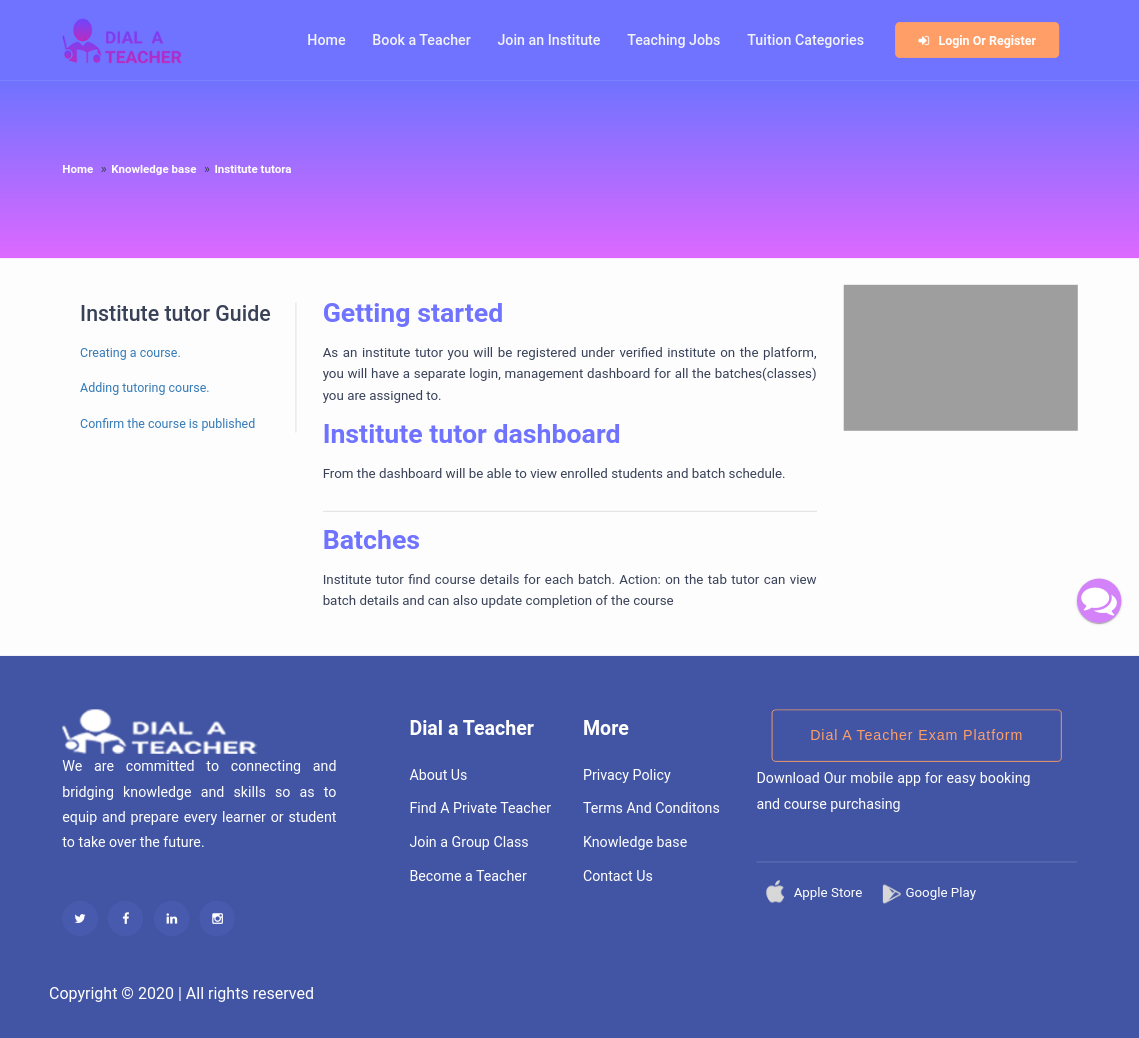
Repository: Samkiroko/DAT_knowledge
Page: knowledge_base/Institute_tutor.html
The author's editor kept a copy of each file at every save. The page is drawn from the files as they stood at one save, then again after the next save.
The browser window is 1280 px wide. The pictures show the whole page, at 89% of full size.
Pictures or frames that could not be fetched are drawn as grey boxes.

Above is the page before, as saved 2020-12-18 14:47:37.
Console error: TypeError: e.indexOf is not a function

### knowledge_base/Institute_tutor.html
<!DOCTYPE html>
<html lang="en" dir="ltr">


  <!-- Mirrored from dialateacher.co.ke/faqs by HTTrack Website Copier/3.x [XR&CO'2014], Sat, 12 Dec 2020 12:13:42 GMT -->
  <!-- Added by HTTrack -->
  <meta http-equiv="content-type" content="text/html;charset=UTF-8" /><!-- /Added by HTTrack -->

  <head>
    <title>
      Dial a Teacher</title>
    <meta charset="utf-8">
    <meta http-equiv="X-UA-Compatible" content="IE=edge">
    <meta name="viewport" content="width=device-width, initial-scale=1">

    <meta name="description" content="Test Meta Description Value">

    <meta name="keywords" content="Test Meta Keyword Value ">
    <meta name="author" content="">
    <link rel="shortcut icon" href="/assets/uploads/settings/thumbs/setting_152.png" />



    <!-- HTML5 Shim and Respond.js IE8 support of HTML5 elements and media queries -->
    <!-- WARNING: Respond.js doesn't work if you view the page via file:// -->
    <!--[if lt IE 9]>
           <script src="https://oss.maxcdn.com/libs/html5shiv/3.7.0/html5shiv.js"></script>
           <script src="https://oss.maxcdn.com/libs/respond.js/1.4.2/respond.min.js"></script>
       <![endif]-->

    <link rel="shortcut icon" href="/assets/uploads/settings/thumbs/setting_152.png" />

    <link rel="stylesheet" type="text/css" href="/assets/front/css/main.css">



  </head>

  <body>
    <!-- Preloader -->
    <!-- <div id="preloader">
        <div id="status">&nbsp;</div>
    </div> -->
    <!-- Ends Preloader -->
    <!-- Nagigation -->
    <nav class="navbar navbar-default yamm">
      <div class="container">
        <!-- Brand and toggle get grouped for better mobile display -->
        <div class="navbar-header">
          <button type="button" class="navbar-toggle" data-toggle="collapse" data-target="#mega-nav-menu">
            <span class="sr-only">Toggle navigation</span>
            <span class="icon-bar"></span>
            <span class="icon-bar"></span>
            <span class="icon-bar"></span>
          </button>

          <a href="index.html"><img src="/assets/uploads/settings/setting_35.png" class="logo " alt="logo"></a>
        </div>

        <!-- Collect the nav links, mega-menu, vertical-menu and other content for toggling -->
        <div class="collapse navbar-collapse" id="mega-nav-menu">
          <ul class="nav navbar-nav navbar-right">
            <li><a class="" href="index.html"> Home </a></li>

            <li><a class="" href="search-tutor.html"> Book a Teacher </a></li>

            <li><a class="" href="search-institute.html"> Join an Institute </a></li>

            <li><a class="" href="search-student-leads.html" title="Find Student Leads"> Teaching Jobs </a>
            </li>



            <li><a class="" href="courses.html"> Tuition Categories</a></li>


            <li>
              <a href="auth/login.html"> <span class="nav-btn"> <i class="fa  fa-sign-in"></i> &nbsp;
                  Login <span class="hidden-navbtn">Or Register</span></span>
              </a>
            </li>

          </ul>
        </div>
        <!-- /.navbar-collapse -->
      </div>
    </nav>
    <!-- Ends Navigation -->
    <!-- breadcrumb Start-->
    <!-- slider Area Start-->
    <section class="slider-area slider-area2">
      <div class="slider-active">
        <!-- Single Slider -->
        <div class="single-slider slider-height2">
          <div class="container">
            <div class="row">
              <div class="col-xl-8 col-lg-11 col-md-12">
                <div class="hero__caption hero__caption2">
                  <!-- breadcrumb Start-->
                  <nav aria-label="breadcrumb">
                    <ol class="breadcrumb">
                      <li class="breadcrumb-item text-white">
                        <a href="/index.html" class="text-white">
                          Home
                        </a>
                      </li>
                      <li class="breadcrumb-item"><a href="/faqs.html" class="text-white">Knowledge base</a></li>
                      <li class="breadcrumb-item"><a href="/knowledge_base/Institute_tutor.html"
                          class="text-white">Institute tutora</a>
                      </li>
                    </ol>
                  </nav>
                  <!-- breadcrumb End -->
                </div>
              </div>
            </div>
          </div>
        </div>
      </div>
    </section>
    <!-- breadcrumb End -->
    <!--===============================
   !--=====================================
=            article-section            =
======================================-->
    <div class="mwb-article-section section mt-5" id="article-section">
      <div class="container">
        <div class="mwb-article-section__wrapper">
          <div class="row">
            <div class="col-lg-3 col-md-3 col-sm-3 col-xs-12 position-sticky">
              <div class="mwb-admin-wrap__category-list">
                <h3>Institute tutor Guide</h3>
                <ul class="mwb-admin-wrap__list-items">
                  <li class="mwb-admin-wrap__items">
                    <a href="#sec1">Creating a course.</a>
                  </li>
                  <li class="mwb-admin-wrap__items">
                    <a href="#sec2">Adding tutoring course.</a>
                  </li>
                  <li class="mwb-admin-wrap__items">
                    <a href="#sec3">Confirm the course is published</a>
                  </li>
                </ul>
              </div>
            </div>
            <div class="col-lg-6 col-md-6 col-sm-6 col-xs-12">

              <div class="mwb-article-section__content-wrap" id="sec1">
                <h2>Getting started </h2>
                <p>As an institute tutor you will be registered under verified institute on the
                  platform, you will have
                  a separate login, management dashboard for all the batches(classes) you are assigned to.</i></b>
                <div class="mwb-article-section__content-wrap" id="sec2">
                  <h2>Institute tutor dashboard</h2>
                  <p>From the dashboard will be able to view enrolled students and batch schedule.</p>
                </div>
                <div class="mwb-article-section__content-wrap" id="sec3">
                  <h2>Batches</h2>
                  <p>
                    Institute tutor find course details for each batch.
                    Action: on the tab tutor can view batch details and can also update completion of the course

                  </p>
                </div>
              </div>
            </div>
            <div class="col-lg-3 col-md-3 col-sm-3 col-xs-12" id="myScrollspy">
              <div class="dist-menu-tab-fix">
                <div class="holder">
                  <div style="position: relative; padding-bottom: 62.5%; height: 0;"><iframe
                      src="https://www.loom.com/embed/127dbdd8785840569e74e864511ae5f3" frameborder="0"
                      webkitallowfullscreen mozallowfullscreen allowfullscreen
                      style="position: absolute; top: 0; left: 0; width: 100%; height: 100%;"></iframe></div>
                </div>

                <div class="modal fade" id="videoModal" tabindex="-1" role="dialog" aria-labelledby="videoModal"
                  aria-hidden="true">
                  <div class="modal-dialog modal-lg" role="document">
                    <div class="modal-content">
                      <button type="button" class="close btn-round btn-primary" data-dismiss="modal" aria-label="Close">
                        <span aria-hidden="true">&times;</span>
                      </button>
                      <div class="embed-responsive embed-responsive-16by9">
                        <iframe class="embed-responsive-item" src="" allowfullscreen></iframe>
                      </div>
                    </div>
                  </div>
                </div>
              </div>
            </div>
          </div>
        </div>
      </div>
    </div>
    <!--====  End of article-section  ====-->
    <!-- Footer -->
    <footer>
      <div class="footer-wrappper footer-bg">
        <!-- Footer Start-->
        <div class="footer-area footer-padding">
          <div class="container">
            <div class="row justify-content-between">
              <div class="col-xl-3 col-lg-4 col-md-3 col-sm-5">
                <div class="single-footer-caption mb-50">
                  <div class="single-footer-caption mb-30">
                    <!-- logo -->
                    <div class="footer-logo mb-25">
                      <a href="index.html"><img src="assets/front/images/logo/logo2_footer.png" alt=""></a>
                    </div>
                    <div class="footer-tittle">
                      <div class="footer-pera">
                        <p>We are committed to connecting and bridging knowledge and
                          skills so as to equip and prepare every learner or student to
                          take
                          over the future.</p>
                      </div>
                    </div>
                    <!-- social -->
                    <div class="footer-social">
                      <a href="#"><i class="fa fa-twitter"></i></a>
                      <a href="#"><i class="fa fa-facebook-f"></i></a>
                      <a href="#"><i class="fa fa-linkedin"></i></a>
                      <a href="#"><i class="fa fa-instagram"></i></a>
                    </div>
                  </div>
                </div>
              </div>
              <div class="col-xl-1 col-lg-2 col-md-2 col-sm-3">
                <div class="single-footer-caption mb-50">
                  <div class="footer-tittle">
                    <h4>Dial a Teacher</h4>
                    <ul>
                      <li><a href="about-us.html">About Us</a></li>
                      <li><a href="search-tutor.html">Find A Private Teacher</a></li>
                      <li><a href="search-institute.html">Join a Group Class</a></li>
                      <li><a href="auth/login.html">Become a Teacher</a></li>
                    </ul>
                  </div>
                </div>
              </div>
              <div class="col-xl-1 col-lg-2 col-md-3 col-sm-3">
                <div class="single-footer-caption mb-50">
                  <div class="footer-tittle">
                    <h4>More</h4>
                    <ul>
                      <li><a href="home/terms-and-conditions.html">Privacy Policy</a></li>
                      <li><a href="home/terms-and-conditions.html">Terms And Conditons</a>
                      </li>
                      <li><a href="faqs.html">Knowledge base</a></li>
                      <li><a href="contact-us.html">Contact Us</a></li>
                    </ul>
                  </div>
                </div>
              </div>
              <div class="col-xl-2 col-lg-4 col-md-4 col-sm-6">
                <div class="single-footer-caption mb-50">
                  <div class="single-footer-caption mb-30">
                    <div class="row justify-content-start">
                      <div class="col-xl-12">
                        <div class="section-tittle text-center mt-20">
                          <a href="https://exam.dialateacher.co.ke/" class="border-btn">Dial A
                            Teacher Exam platform</a>
                        </div>
                      </div>
                    </div>
                    <div class="footer-tittle">
                      <div class="footer-pera text-center">
                        <p>Download Our mobile app for easy booking and course purchasing
                        </p>
                      </div>
                    </div>
                    <!-- social -->
                    <div class="footer-appdownload">
                      <hr class="footer-hr hidden-xs">
                      <a href="https://itunes.apple.com/in/genre/ios/id36?mt=8" target="_blank"><img
                          src="assets/front/images/icn-istore.png" alt="IOS app link"> Apple Store</a>

                      <a href="https://play.google.com/store?hl=en" target="_blank"><img
                          src="assets/front/images/icn-playstore.png" alt="Android app link">Google Play</a>
                    </div>
                  </div>
                </div>
              </div>
            </div>
          </div>
        </div>
        <!-- footer-bottom area -->
        <div class="footer-bottom-area">
          <div class="container">
            <div class="footer-border">
              <div class="row d-flex align-items-center">
                <div class="col-xl-12 ">
                  <div class="footer-copy-right text-center">
                    <p>
                      Copyright &copy;
                      <script>document.write(new Date().getFullYear());</script> | All rights
                      reserved
                    </p>
                  </div>
                </div>
              </div>
            </div>
          </div>
        </div>
        <!-- Footer End-->
      </div>
    </footer>
    <!-- Ends Footer -->


    <!-- Scroll Up -->
    <div class="form-box " id="myDIV">
      <h2 class="login-header"><i class="far fa-comment-dots icon"></i>Support Center</h2>
      <div class="test">
        <form class="formInput">
          <div>
            <input type="text" required id="test">
            <label class="inputLabel">Name</label>
          </div>

          <div>
            <input type="text" id="numberText" required>
            <label class="inputLabel">Mobile No.</label>
          </div>
          <div>
            <input type="text" required>
            <label class="inputLabel">Message</label>
          </div>
          <div>
            <input type="file" id="inputFile" required><label id="labelFile" for="inputFile">
              <i class="far fa-file-image" id="iconPhoto"></i>Choose a Photo</label>
          </div>

          <p id="legal">Will get back to you within 24hr. Have a good one. </p>
          <input type="submit" value="Send" id="submitButt" class="active">
        </form>
      </div>
      <div class="footer"></div>
    </div>
    <button class="floating-btn" onclick="myFunction()">
      <i class="fa fa-comments"></i>
    </button>
    <script src="https://ajax.googleapis.com/ajax/libs/jquery/3.4.1/jquery.min.js"></script>
    <script>
      $('#submitButt').click(function () {
        $(this).toggleClass('active');
      });
      $(function () {
        $("#test").focus();
      });
      document.querySelector('.floating-btn').addEventListener('click', function (e) {
        e.target.closest('button').classList.toggle('clicked');
      });

      function myFunction() {
        var x = document.getElementById("myDIV");
        console.log(x);
        console.log(x.classList.contains('open'));
        if (x.classList.contains('open')) {
          x.classList.remove("open");
        } else {
          x.classList.add("open");
          document.getElementById("test").focus();

        }
      }
    </script>
    <!-- Scroll Up end -->




    <!-- Script files -->
    <script src="assets/front/js/jquery.js"></script>

    <link rel="stylesheet" href="assets/front/css/jquery-ui.css">
    <script src="assets/front/js/jquery-ui.js"></script>
    <script>
      $(function () {
        $(".custom_accordion").accordion({
          heightStyle: "content"
        });
      });
    </script>




    <!--Bootstrap Page-->
    <script src="assets/front/js/bootstrap.min.js"></script>
    <!--Profile Page-->
    <script src="/assets/front/js/marquee.js"></script>
    <script src="/assets/front/js/videod.js"></script>
    <script type="text/javascript" src="assets/front/js/flatpickr.min.js"></script>

    <script type="text/javascript" src="assets/front/js/select2.min.js"></script>
    <script type="text/javascript" src="assets/front/js/owl.carousel.min.js"></script>
    <script type="text/javascript" src="assets/front/js/jRate.min.js"></script>
    <script type="text/javascript" src="assets/front/js/jquery.magnific-popup.js"></script>
    <script type="text/javascript" src="assets/front/js/jquery.smartmenus.js"></script>
    <script type="text/javascript" src="assets/front/js/jquery.smartmenus.bootstrap.js"></script>
    <script type="text/javascript" src="assets/front/js/flexgrid.js"></script>
    <script type="text/javascript" src="assets/front/js/countUp.js"></script>
    <script type="text/javascript" src="assets/front/js/jquery.dataTables.min.js"></script>
    <!-- Custom Script -->
    <script type="text/javascript" src="assets/front/js/main.js"></script>

    <!--Gallery-->
    <script type="text/javascript" src="assets/front/js/fileinput.min.js"></script>


    <!--COntact us page-->
    <!--script type="text/javascript" src="https://maps.googleapis.com/maps/api/js?key=AIzaSyC-h5q6y2eBfFV5X7QV6Z5mrFFU2s97XJs&sensor=false"></script>
<script>
$(document).ready(function () {
    "use strict";

    function e() {
        var e = {
                center: a,
                zoom: 10,
                /*scrollwheel:!0*/
                scrollwheel: false,
                mapTypeId: google.maps.MapTypeId.ROADMAP,
                styles: [{
                    featureType: "landscape",
                    stylers: [{
                        hue: "#FFBB00"
                }, {
                        saturation: 43.400000000000006
                }, {
                        lightness: 37.599999999999994
                }, {
                        gamma: 1
                }]
            }, {
                    featureType: "road.highway",
                    stylers: [{
                        hue: "#FFC200"
                }, {
                        saturation: -61.8
                }, {
                        lightness: 45.599999999999994
                }, {
                        gamma: 1
                }]
            }, {
                    featureType: "road.arterial",
                    stylers: [{
                        hue: "#FF0300"
                }, {
                        saturation: -100
                }, {
                        lightness: 51.19999999999999
                }, {
                        gamma: 1
                }]
            }, {
                    featureType: "road.local",
                    stylers: [{
                        hue: "#FF0300"
                }, {
                        saturation: -100
                }, {
                        lightness: 52
                }, {
                        gamma: 1
                }]
            }, {
                    featureType: "water",
                    stylers: [{
                        hue: "#0078FF"
                }, {
                        saturation: -13.200000000000003
                }, {
                        lightness: 2.4000000000000057
                }, {
                        gamma: 1
                }]
            }, {
                    featureType: "poi",
                    stylers: [{
                        hue: "#00FF6A"
                }, {
                        saturation: -1.0989010989011234
                }, {
                        lightness: 11.200000000000017
                }, {
                        gamma: 1
                }]
            }]

            },
            t = new google.maps.Map(document.getElementById("tutors_map"), e),
            s = {
                url: "assets/front/images/logo_google_map.png"
            },
            o = new google.maps.Marker({
                position: a,
                map: t,
                icon: s,
                animation: google.maps.Animation.BOUNCE
            });
        o.setMap(t);
        var n = new google.maps.InfoWindow({
            content: "<strong>Westland, peponi Rd <br> Westlands, Nairobi 00606</strong>"
        });
        google.maps.event.addListener(o, "click", function () {
            n.open(t, o)
        })
    }
    var a;
    a = new google.maps.LatLng("17.4459764", "78.38607860000002"), google.maps.event.addDomListener(window, "load", e), a = new google.maps.LatLng("17.4459764", "78.38607860000002")
});
</script-->


    <script>
      $(function () {
        $(".stu-certificate").attr("target", "_blank");
      });
    </script>


  </body>


  <!-- Mirrored from dialateacher.co.ke/faqs by HTTrack Website Copier/3.x [XR&CO'2014], Sat, 12 Dec 2020 12:13:42 GMT -->

</html>

### assets/front/css/main.css
@import url('font-awesome.min.css');
@import url('bootstrap.min.css');
@import url('select2.min.css');
@import url('owl.carousel.min.css');
@import url('owl.theme.default.min.css');
@import url('magnific-popup.css');
@import url('jquery.smartmenus.bootstrap.css');
@import url('jquery.dataTables.min.css');
@import url('flatpickr.min.css');
@import url('sateesh-style.css');
@import url('video-js.css');
@import url('colorbox.css');
@import url('sateesh-bootstrap.min.css');
@import url('sateesh-new-style.css');
@import url('document.css');

Loaded but not shown: assets/front/css/font-awesome.min.css (library); assets/front/css/bootstrap.min.css (library); assets/front/css/select2.min.css (library); assets/front/css/owl.carousel.min.css (library); assets/front/css/owl.theme.default.min.css (common file); assets/front/css/magnific-popup.css (library); assets/front/css/jquery.smartmenus.bootstrap.css (library); assets/front/css/jquery.dataTables.min.css (library); assets/front/css/flatpickr.min.css (library); assets/front/css/sateesh-bootstrap.min.css (library); assets/front/css/jquery-ui.css (library); assets/front/js/jquery-ui.js (library); assets/front/js/bootstrap.min.js (library); assets/front/js/marquee.js (library); assets/front/js/flatpickr.min.js (library); assets/front/js/select2.min.js (library); assets/front/js/owl.carousel.min.js (library); assets/front/js/jRate.min.js (library); assets/front/js/jquery.magnific-popup.js (library); assets/front/js/jquery.smartmenus.js (library); assets/front/js/jquery.smartmenus.bootstrap.js (library); assets/front/js/flexgrid.js (library); assets/front/js/jquery.dataTables.min.js (library); assets/front/js/fileinput.min.js (library); assets/front/js/main.js (358 lines, source omitted); assets/front/js/countUp.js (196 lines, source omitted); assets/front/js/videod.js (17 lines, source omitted); assets/front/css/sateesh-new-style.css (7945 lines, source omitted); assets/front/css/sateesh-style.css (7940 lines, source omitted); assets/front/css/video-js.css (1400 lines, source omitted); assets/front/css/document.css (1314 lines, source omitted); assets/front/css/colorbox.css (75 lines, source omitted); assets/front/images/footer-bg.html (54 lines, source omitted); assets/front/js/jquery.js (no copy from this time; the picture is the same without it)

After the next save:
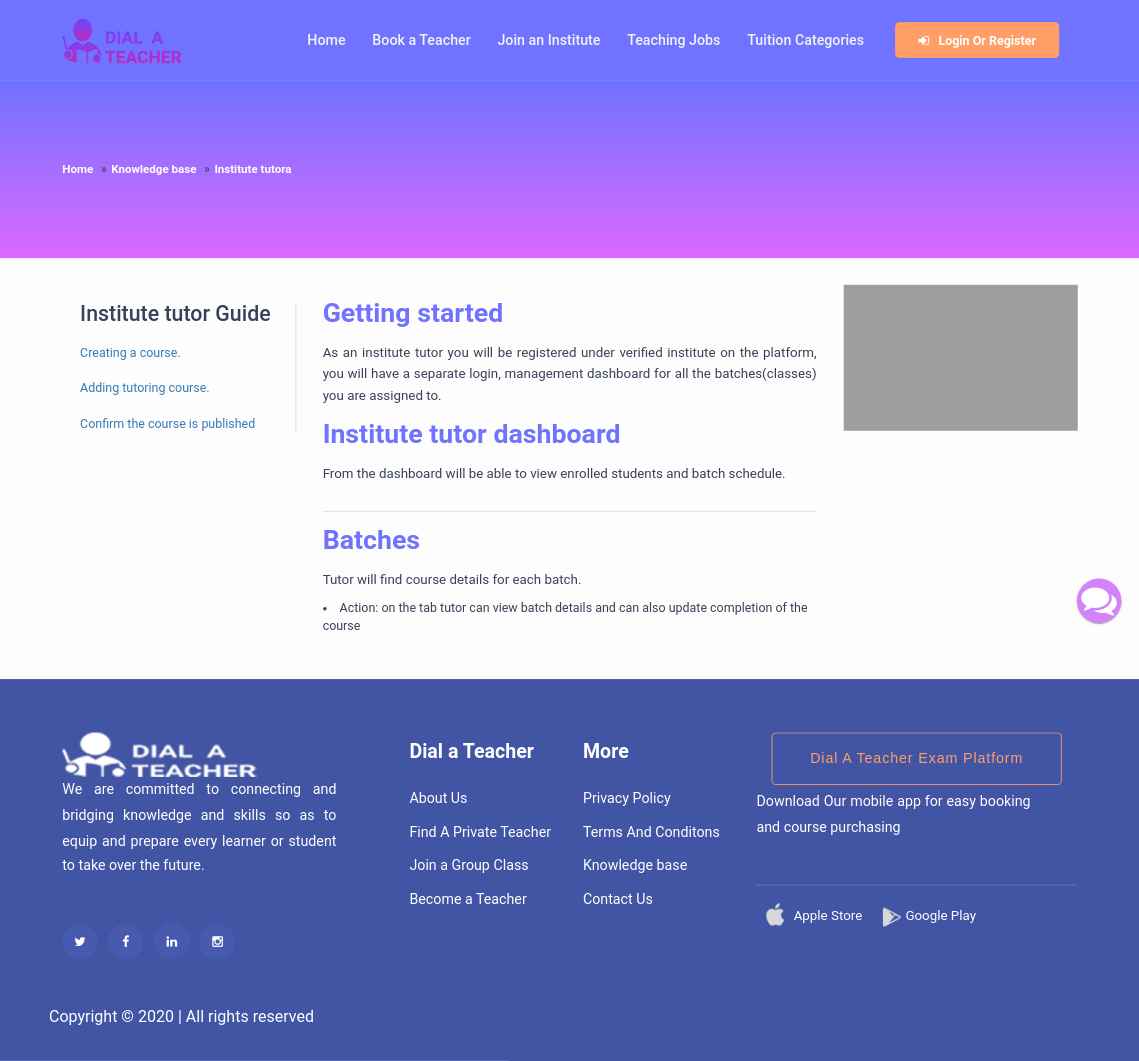
Saved 53 s later.
--- a/knowledge_base/Institute_tutor.html
+++ b/knowledge_base/Institute_tutor.html
@@ -157,9 +157,9 @@
                 <div class="mwb-article-section__content-wrap" id="sec3">
                   <h2>Batches</h2>
                   <p>
-                    Institute tutor find course details for each batch.
-                    Action: on the tab tutor can view batch details and can also update completion of the course
-
+                    Tutor will find course details for each batch.
+                    <li>Action:<b></b> on the tab tutor can view batch details and can also update completion of the
+                      course</li>
                   </p>
                 </div>
               </div>
